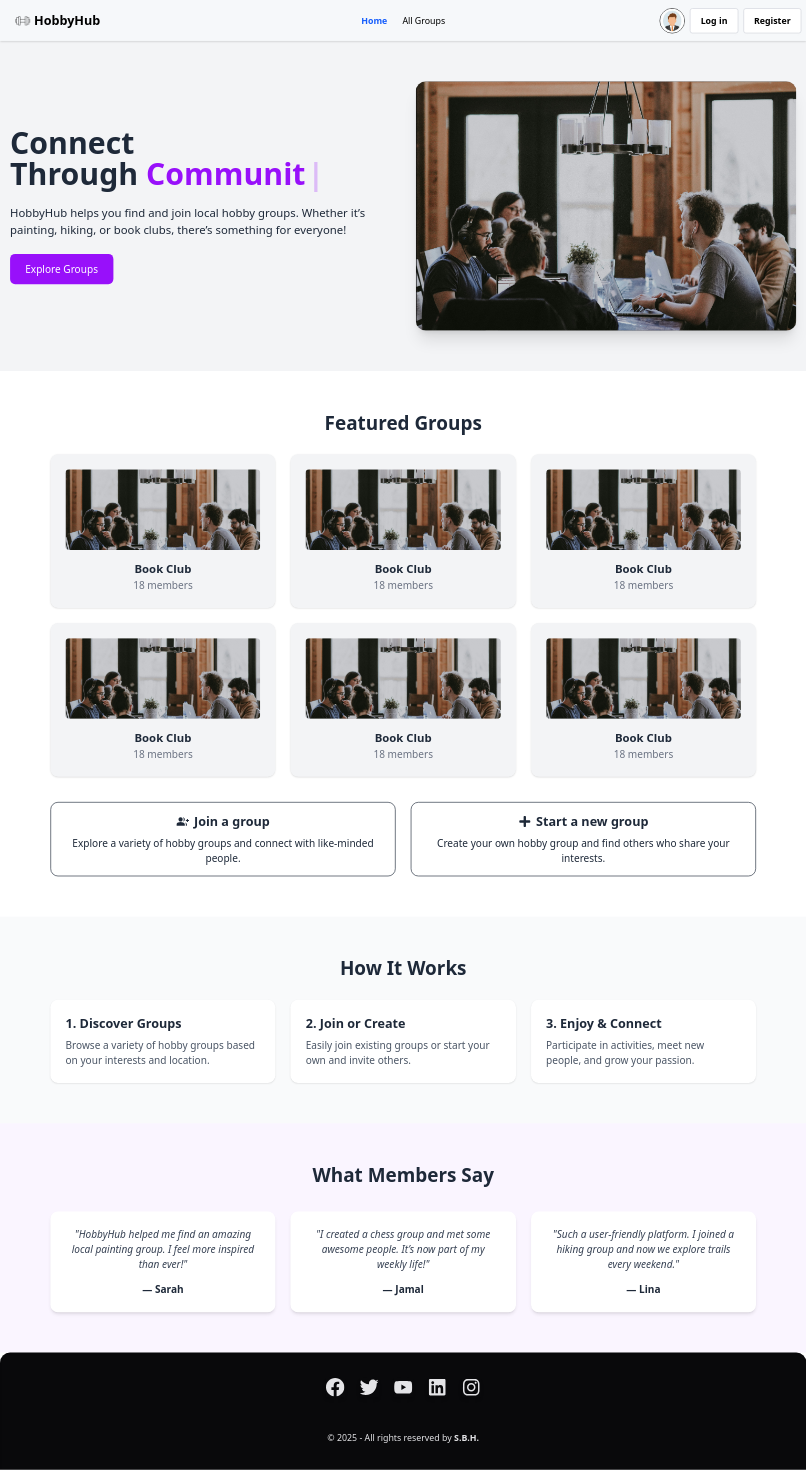
Repository: syedbayzid82849/Hobby_Hub_Client_site
Page: /
The author's editor kept a copy of each file at every save. The page is drawn from the files as they stood at one save, then again after a run of saves.
The browser window is 1280 px wide. The pictures show the whole page, at 63% of full size.
The project was rebuilt for these pictures with package versions that can differ from the ones it lists, and the page was loaded fresh each time. Also part of the build but not shown: src/App.jsx, src/Pages/Register/Register.jsx, src/Pages/Login/Login.jsx, src/Pages/Profile/Profile.jsx, src/Pages/createGroup/createGroup.jsx, src/Pages/myGroup/myGroup.jsx, src/Routes/PrivateRoute.jsx, src/Pages/AllGroups/AllGroups.jsx.

Above is the page before, as saved 2025-05-22 09:00:46.

After the next 2 saves:
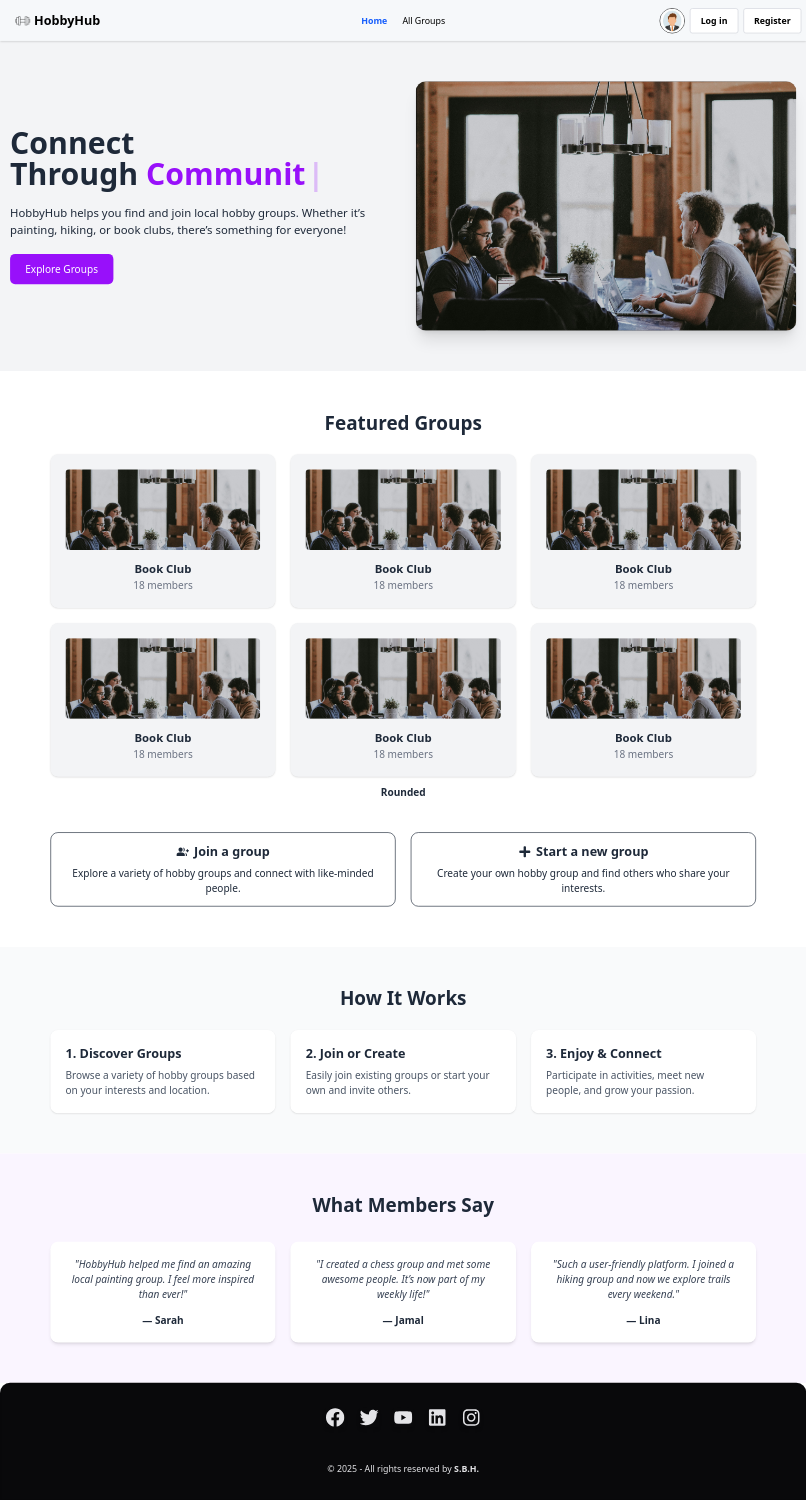
The 2 saves are shown as one change because they came seconds apart.
The last was saved 11 s later.
--- a/src/Pages/Home/Home.jsx
+++ b/src/Pages/Home/Home.jsx
@@ -119,6 +119,7 @@ const Home = () => {
                             <p className="text-gray-500">18 members</p>
                         </div>
                     </div>
+                    <button type="button" className="px-8 py-3 font-semibold rounded-full dark:bg-gray-800 dark:text-gray-100">Rounded</button>
                 </div>
                 <div className="max-w-6xl mx-auto px-4 text-center pt-10">
                     <div className="grid grid-cols-1 md:grid-cols-2 gap-6 text-center">
